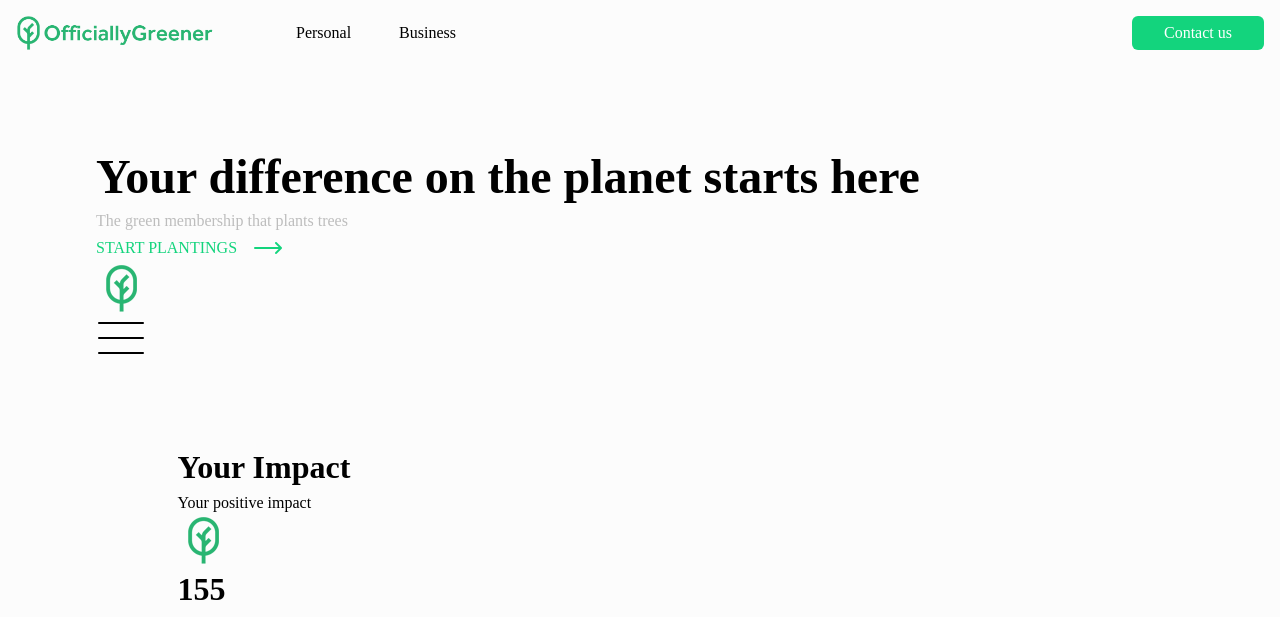
Repository: Sinkycode/Officially-Greener
Page: index.html
These files come from the project's save history. The page is drawn as it stood at one moment and after the next save; the edit follows.
The browser window is 1280 px wide. The pictures show the part of the page from y = 0 to 617 px (the page is 1301 px tall before and 1305 px after).
A picture or video elsewhere on the page could not be fetched, so the positions and the page height are approximate.

Above is the page before, as saved 2023-03-07 21:54:43.

After the next save:
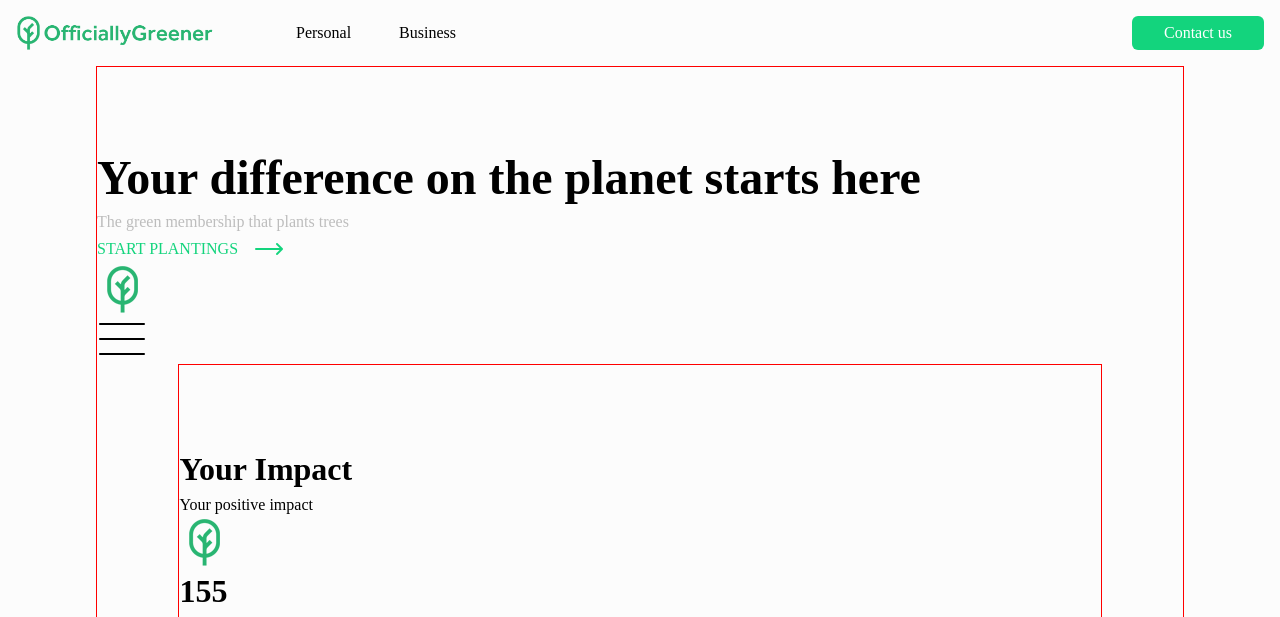
Saved 58 s later.
--- a/style.css
+++ b/style.css
@@ -80,7 +80,7 @@
 }
 
 #landing-page .container {
-  /* border: 1px solid red; */
+  border: 1px solid red;
   padding-top: 5rem;
 }
 

After the save that followed:
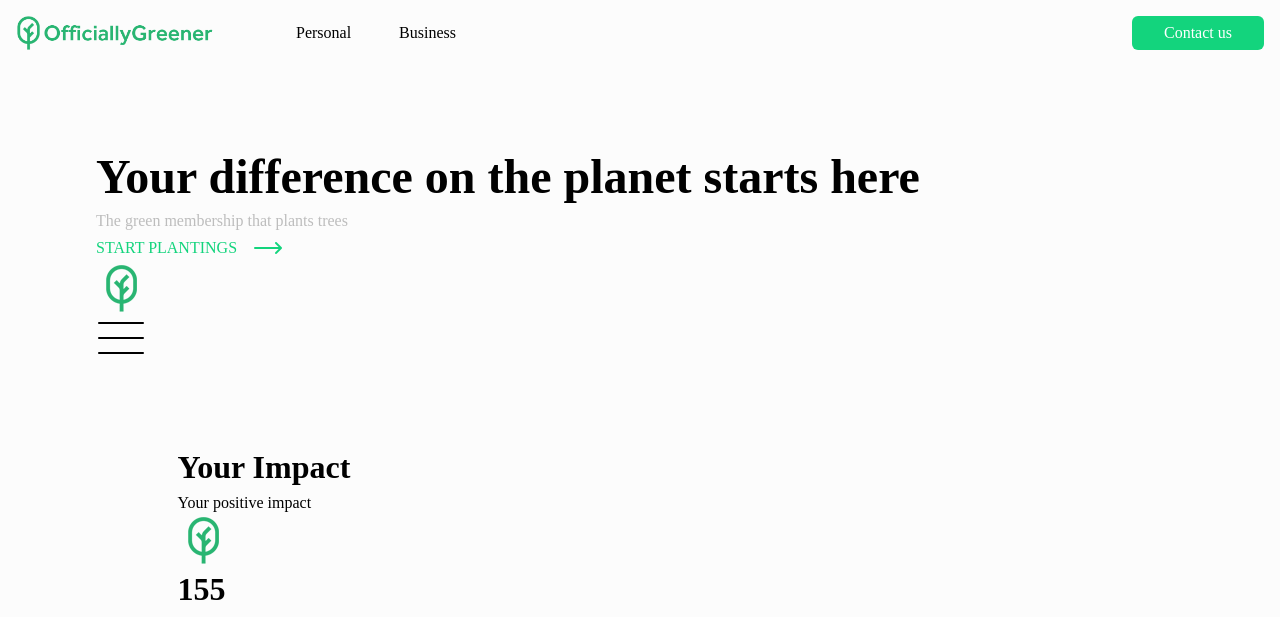
Saved 6 s later.
--- a/style.css
+++ b/style.css
@@ -80,7 +80,7 @@
 }
 
 #landing-page .container {
-  border: 1px solid red;
+  /* border: 1px solid red; */
   padding-top: 5rem;
 }
 
